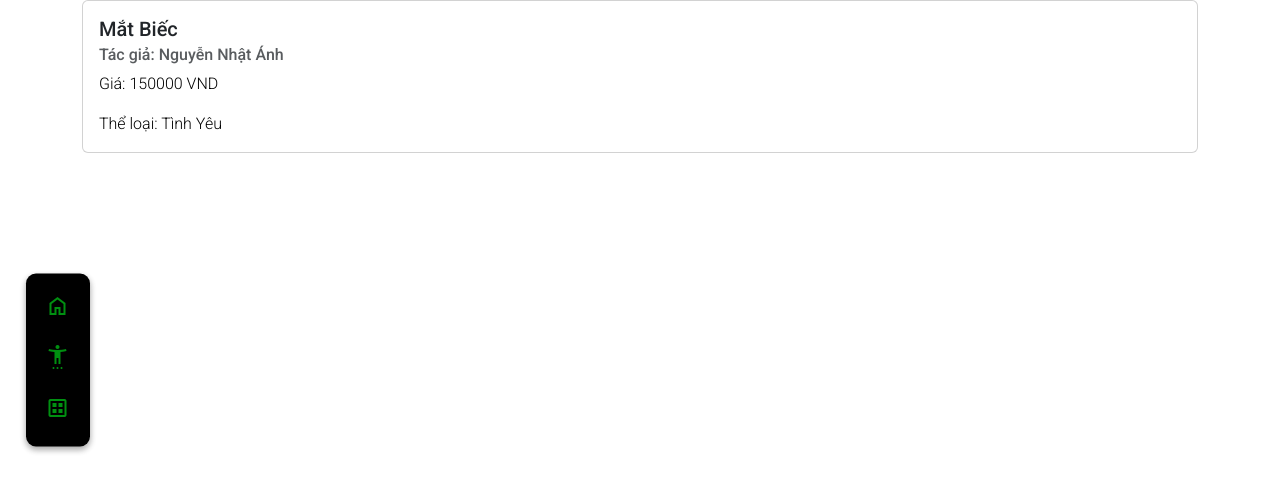
Repository: tuankiet10920/homeworkFEF
Page: /about
These files come from the project's save history. The page is drawn as it stood at one moment and after the next save; the edit follows.
The browser window is 1280 px wide. The pictures show the whole page.
The project was rebuilt for these pictures with package versions that can differ from the ones it lists, and the page was loaded fresh each time. Also part of the build but not shown: vite.config.js, src/views/HomeView.vue, src/components/Bai4Lab5.vue. Imported but missing from the stored project, and not drawn on this page: src/assets/audio/intro.mp3.

Above is the page before, as saved 2024-10-25 14:30:47.

After the next save:
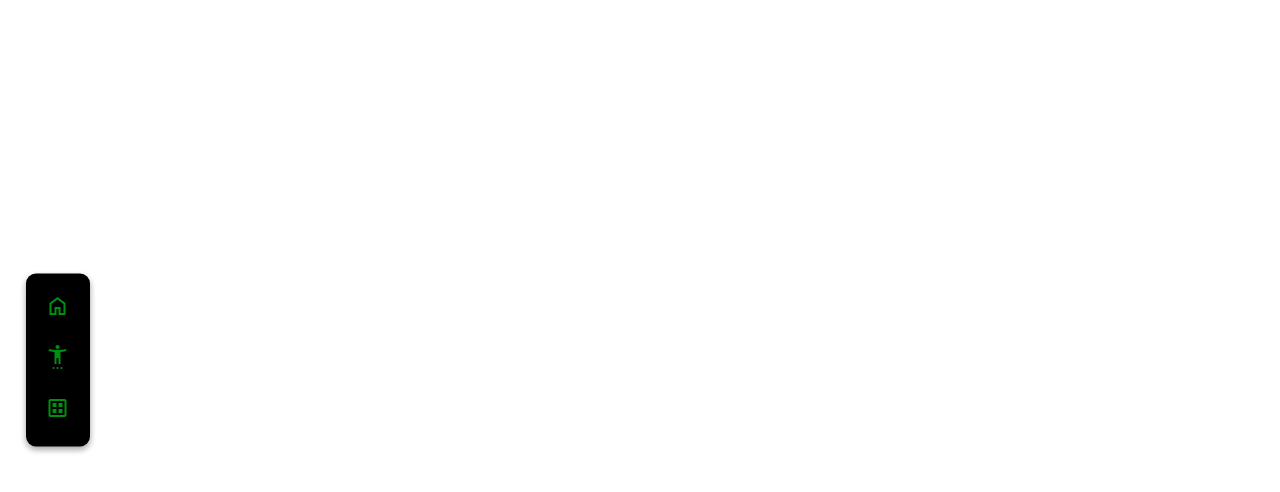
Saved 39 s later.
--- a/src/views/AboutView.vue
+++ b/src/views/AboutView.vue
@@ -1,8 +1,8 @@
 <script setup>
-import Bai3 from '../Labs/Lab5/Bai3.vue'
+import Bai4 from '../Labs/Lab5/Bai4.vue'
 </script>
 <template>
-  <Bai3 />
+  <Bai4 />
 </template>
 
 <style></style>
